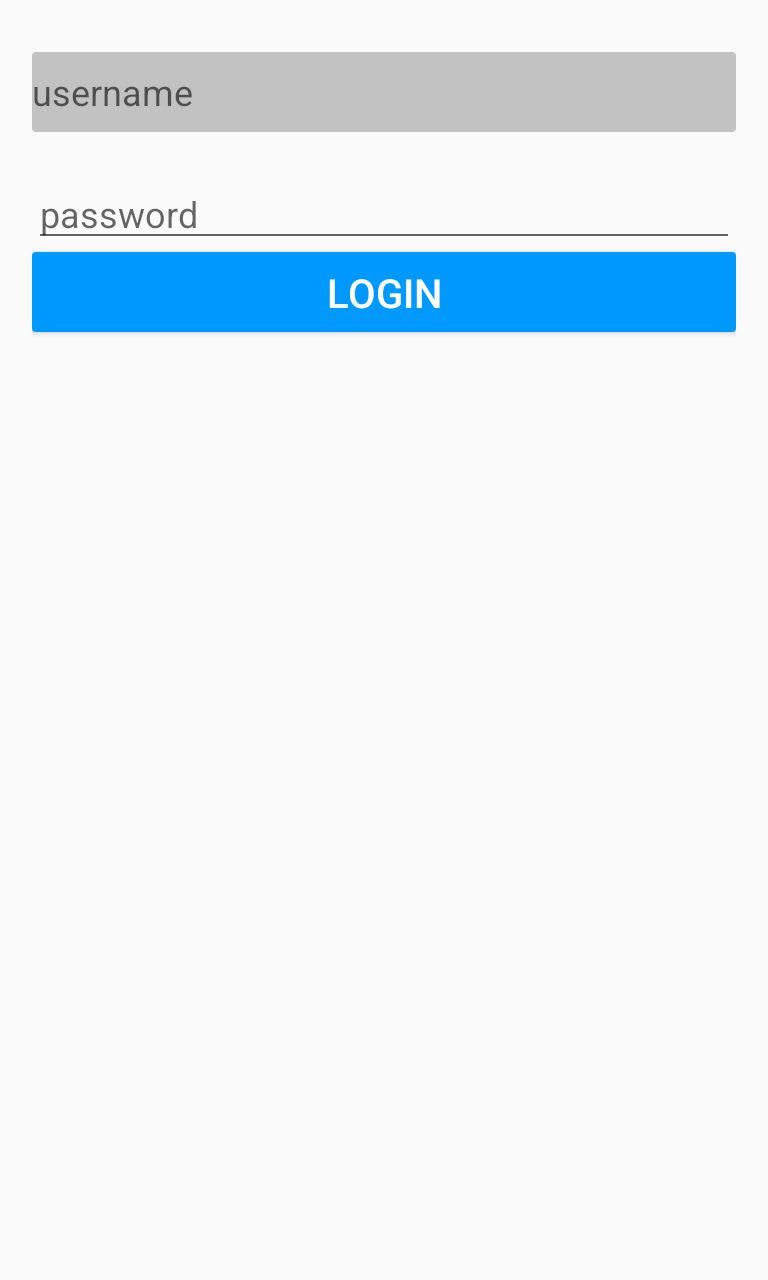
Repository: israelhill/Noteworthy
Layout: Noteworthy/res/layout/fragment_main.xml
The author's editor kept a copy of each file at every save. The layout is drawn from the files as they stood at one save, then again after the next save.
It is drawn on a 768 x 1280 px phone screen (xhdpi) without system bars, with theme AppTheme; the app's code is not run.

Above is the layout before, as saved 2014-09-06 07:58:49.

After the next save:
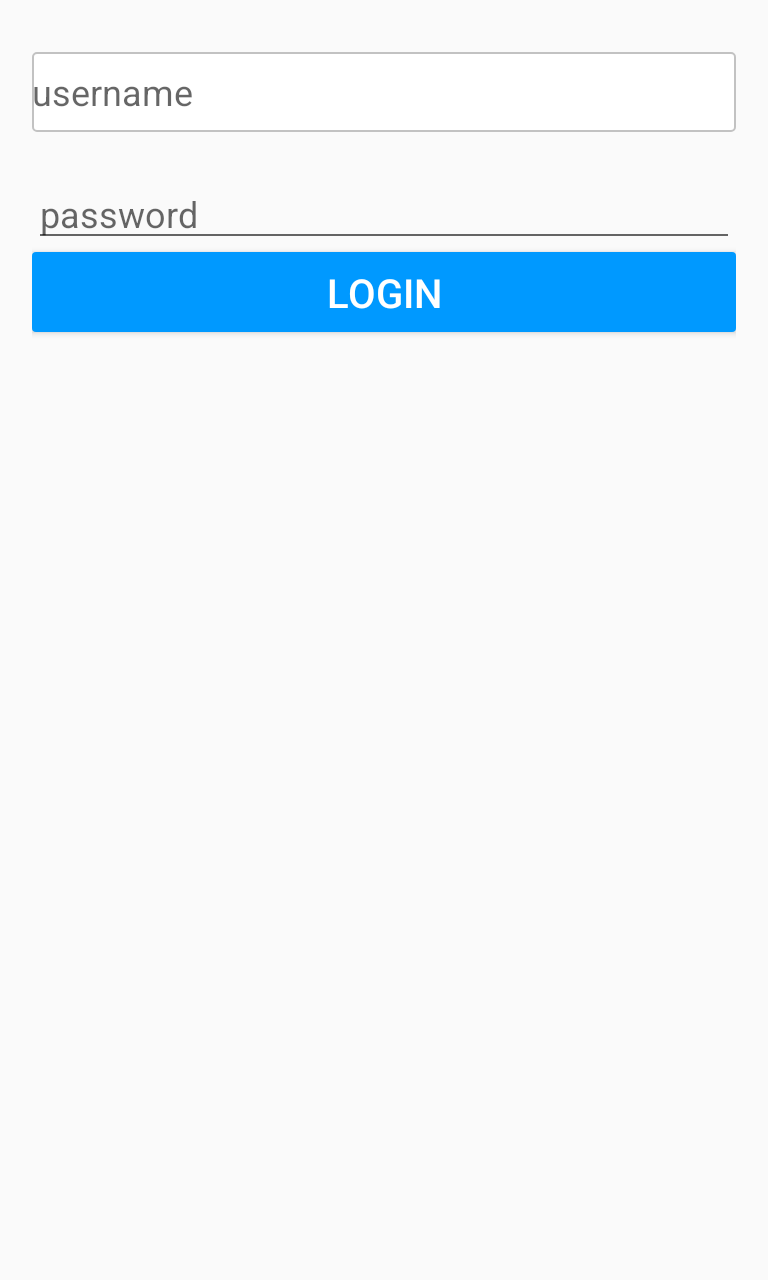
Saved 65 s later.
--- a/Noteworthy/res/drawable/login_fields.xml
+++ b/Noteworthy/res/drawable/login_fields.xml
@@ -6,6 +6,9 @@
         android:radius="2dp"/>
 
     <solid
+        android:color="@color/white"/>
+    <stroke
+        android:width="1dp"
         android:color="@color/gray"/>
 
 
